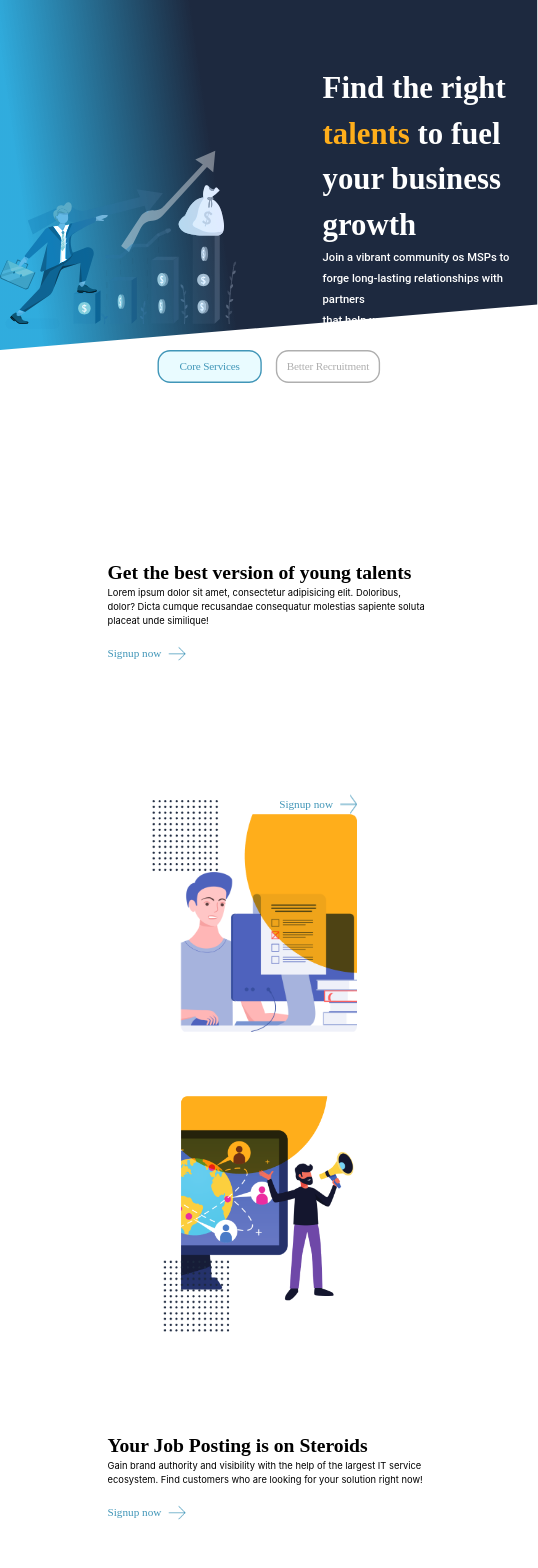
Repository: uh-sman/Vacanxe
Page: /
The author's editor kept a copy of each file at every save. The page is drawn from the files as they stood at one save, then again after the next save.
The browser window is 768 px wide. The pictures show the part of the page from y = 0 to 2240 px (the page is 5247 px tall before and 5547 px after), at 70% of full size.
The project was rebuilt for these pictures with package versions that can differ from the ones it lists, and the page was loaded fresh each time. Also part of the build but not shown: src/components/data.js, src/components/navbar.css, src/components/SideNav.jsx, src/components/Navbar.jsx.

Above is the page before, as saved 2022-12-04 12:06:26.

### src/App.js
import logo from "./logo.svg";
import "./App.css";
import Head from "./components/Head";

function App() {
  return (
    <div className="App">
      <Head />
    </div>
  );
}

export default App;

### src/App.css
* {
  margin: 0;
  padding: 0;
  box-sizing: border-box;
  list-style: none;
  text-decoration: none;
  /* overflow: hidden; */
}
/* @keyframes App-logo-spin {
  from {
    transform: rotate(0deg);
  }
  to {
    transform: rotate(360deg);
  }
} */

### src/components/Head.js
import React from "react";
import { Body } from "./Body";
import { Footer } from "./Footer";
import { Hero } from "./Hero";
import { Navbar } from "./Navbar";
import { Team } from "./Team";

const Head = () => {
  return (
    <div>
      {/* <Navbar /> */}
      <Hero />
      <Body />
      <Team />
      <Footer />
    </div>
  );
};

export default Head;

### src/components/Body.jsx
import React from "react";
import "./version.css";
import { Services } from "./Services";
import { Versions } from "./Versions";
export const Body = () => {
  return (
    <div>
      <Services />
      <div className="flex">
        <Versions />
      </div>
    </div>
  );
};

### src/components/Footer.jsx
import React from "react";
import logo from "../assets/logo 1.png";
import "./footer.css";
export const Footer = () => {
  return (
    <div>
      <div className="footer-section">
        <div className="image-logo">
          <img src={logo} />
        </div>
        <div className="footer-texts">
          <div className="div">
            <p className="text">
              Your ultimate email solution to grow business and engaging with
              future customers and clients.
            </p>
            <button className="button">Ask Question</button>
          </div>
          <div className="div">
            <ul>
              <h4>Community</h4>
              <li>For Talents</li>
              <li>For Companies</li>
              <li>Facebook Group</li>
              <li>FAQ</li>
            </ul>
          </div>
          <div className="div">
            <ul>
              <h4>About us</h4>
              <li>Meet the Team</li>
              <li>Our Story</li>
              <li>Career</li>
            </ul>
          </div>
          <div className="div">
            <ul>
              <h4>Contacts</h4>
              <p>
                Feel free to get in touch with us via phone or send us a message
              </p>
            </ul>
          </div>
        </div>
        <div className="div">
          <ul>
            <li className="copyright">
              &copy;Vacanxe 2022, All Rights Reserved
            </li>
            <li></li>
          </ul>
        </div>
      </div>
    </div>
  );
};

### src/components/Hero.jsx
import React from "react";
import "./hero.css";
import partner from "../assets/Partner.svg";
export const Hero = () => {
  return (
    <div className="hero">
      <div>
        <div className="container">
          <div className="hero-container">
            <div className="hero-content">
              <h1 className="header">
                Find the right <span>talents</span> to fuel your business growth
              </h1>
              <small className="text">
                Join a vibrant community os MSPs to forge long-lasting
                relationships with partners
                <br /> that help you create excellent customers experiences
              </small>
            </div>
            <div>
              <img src={partner} className="partner-img" />
            </div>
          </div>
        </div>
      </div>
    </div>
  );
};

### src/components/Team.jsx
import React from "react";
import { ContactInfo } from "./ContactInfo";
import { Form } from "./Form";
import "./team.css";
export const Team = () => {
  return (
    <div>
      <div className="team-container">
        <div className="team">
          <div className="build">
            <div className="team-header">
              <h1>
                <span className="custom"> Build</span> Your Dream Team !
              </h1>
              <small className="small">
                Start your team development with a free consultation. Fill out
                the form and Vacanxe representative will contact you.
              </small>
            </div>
            <div className="flexed">
              {" "}
              <div>
                <Form />
              </div>
              <div>
                <ContactInfo />
              </div>
            </div>
          </div>
        </div>
      </div>
    </div>
  );
};
// ;

### src/components/version.css
.version-link {
  font-family: Poppins;
  font-size: 16px;
  font-weight: 500;
  line-height: 28px;
  letter-spacing: 0em;
  color: #4196b8;
  text-align: center;
}
.versions-container {
  margin-top: 80px;
}
.versions-section1 {
  /* display: grid; */
  /* place-items: center; */
  display: flex;
  gap: 162.58px;
  justify-content: center;
  align-items: center;
  margin-bottom: 80px;
  /* padding: 86px 50px; */

  /* grid-template-columns: 1fr 1fr; */
}
.versions-section2 {
  /* display: grid; */
  /* place-items: center; */
  display: flex;
  gap: 162.58px;
  justify-content: center;
  align-items: center;
  margin: auto;
  /* padding: 86px 50px; */

  /* grid-template-columns: 1fr 1fr; */
}
.versions-section1 {
  /* display: grid; */
  /* place-items: center; */
  display: flex;
  gap: 162.58px;
  justify-content: center;
  align-items: center;
  margin: auto;
  padding-top: 86px;
  padding-left: 110px;

  /* grid-template-columns: 1fr 1fr; */
}
.text-section {
  width: 20%;
}
.h2 {
  font-family: Poppins;
  font-size: 28px;
  font-weight: 700;
  line-height: 37px;
  letter-spacing: 0em;
  /* text-align: left; */
  /* width: 379px;
  height: 74px; */

  /* font-family: "Poppins";
  font-style: normal;
  font-weight: 700;
  font-size: 28px;
  line-height: 37px; */
}
.man {
  height: 313.4984436035156px;
  width: 251.41943359375px;
  /* left: 872.580078125px;
top: 830.1708984375px;
border-radius: [object Object]px; */
}
.flex {
  display: flex;
  gap: 36px;
}
/* .versions-container {
  display: flex;
  flex-direction: column;
  justify-content: center;
  align-items: center;
  margin: auto;
} */
.dotted {
  position: absolute;
  margin-top: -20px;
  margin-left: -40px;
}
.dotted-2 {
  position: absolute;
  margin-top: 235px;
  margin-left: -24px;
}
.arrow {
  margin-top: 24px;
  display: flex;
  align-items: center;
  gap: 10px;
}
.arrow1 {
  margin-top: 24px;
  display: flex;

  /* align-items: flex-end; */
  justify-content: flex-end;
  gap: 10px;
}
@media only screen and (max-width: 950px) {
  .versions-section1 {
    flex-direction: column;
    padding-left: 0px;
  }
  .text-section {
    width: 60%;
  }
}

### src/components/Services.jsx
import React from "react";
import "./services.css";
export const Services = () => {
  return (
    <div>
      <div>
        <ul className="services-button-section">
          <a className="btn-core">Core Services</a>
          <a className="btn-better">Better Recruitment</a>
        </ul>
      </div>
    </div>
  );
};

### src/components/Versions.jsx
import React from "react";
import "./version.css";
import man from "../assets/computer.png";
import img from "../assets/Group 1.png";
import img2 from "../assets/Group_4.png";
import arrow from "../assets/Group.png";
import dotted from "../assets/Dot Pattern 1.png";
export const Versions = () => {
  return (
    <div>
      <div className="versions-container">
        <div className="versions-section1">
          <div className="text-section">
            <h2 className="h2">Get the best version of young talents</h2>
            <small>
              Lorem ipsum dolor sit amet, consectetur adipisicing elit.
              Doloribus, dolor? Dicta cumque recusandae consequatur molestias
              sapiente soluta placeat unde similique!
            </small>
            <div className="arrow">
              <a className="version-link">Signup now </a>
              <img src={arrow} />
            </div>
          </div>
          <div>
            <div className="arrow1">
              <a className="version-link">Signup now </a>
              <img src={arrow} />
            </div>
            <img src={dotted} className="dotted" />
            <img src={man} className="man" />
          </div>
        </div>
        <div className="versions-section1">
          <div>
            <img src={dotted} className="dotted-2" />
            <img src={img} className="man" />
          </div>
          <div className="text-section">
            <h2 className="h2">Your Job Posting is on Steroids</h2>
            <small>
              Gain brand authority and visibility with the help of the largest
              IT service ecosystem. Find customers who are looking for your
              solution right now!
            </small>
            <div className="arrow">
              <a className="version-link">Signup now </a>
              <img src={arrow} />
            </div>
          </div>
        </div>
        <div className="versions-section1">
          <div className="text-section">
            <h2 className="h2">
              It's like having Your Recruitment on autopilot
            </h2>
            <small>
              Share collaterals abd documents that are automatically branded.
              Leverage a rich partner network that sells your solution exactly
              the your best salesman would.
            </small>
            <div className="arrow">
              <a className="version-link">Signup now </a>
              <img src={arrow} />
            </div>
          </div>
          <div>
            <img src={dotted} className="dotted" />
            <img src={img2} className="man" />
          </div>
        </div>
      </div>
    </div>
  );
};

### src/components/footer.css
.footer-section {
  background: #1d293f;
  /* height: 533px; */
  /* width: 1600px; */
  /* left: 127px; */
  /* top: 0px;
  border-radius: 0px; */
}

.image-logo {
  position: absolute;
  /* top: 0; */
  margin-top: -120px;
  /* left: -2px; */
  /* display: flex;
  align-items: center;
  justify-content: center; */
  background-color: white;
  padding-top: 140px;
  padding-left: 30px;
  /* width: 25%; */
  /* height: 40%; */
  /* padding: 10px; */
  height: 255px;
  width: 255px;
  left: -30px;
  /* top: -105px; */
  border-radius: 0px;

  border-radius: 50%;
}
.button {
  border: none;
  margin-top: 28px;
  color: white;
  background: #00b6ff;
  padding: 10px 30px;
  border-radius: 10px;
}
.ultimate-email {
  color: white;
  position: absolute;
  margin-top: 180px;
  padding-left: 245px;
  /* height: 84px;
  left: 21.54%;
  right: 63.06%;
  top: calc(50% - 84px / 2 - 108.5px); */
}
.footer-texts {
  color: #ffff;
  display: grid;
  padding-top: 80px;
  padding-left: 50px;
  /* margin-left: 120px; */
  margin: 0px 80px;
  place-items: center;
  /* margin-right: 40px; */
  margin-top: 180px;
  grid-template-columns: 1fr 1fr 1fr 1fr;
  padding-bottom: 124px;
  border-bottom: 1px solid #8c97ac;
}
.footer-texts h4 {
  color: #8c97ac;
  margin-bottom: 16px;
}
/* .ultimate-email p {
  width: 40%;
} */
.text {
  margin-top: 100px;
  color: #8c97ac;
}
.copyright {
  color: #8c97ac;
  padding: 10px 90px;
}
@media only screen and (min-width: 650px) and (max-width: 1200px) {
  .footer-texts {
    padding-top: 150px;
    grid-template-columns: 1fr 1fr;
    text-align: center;
  }
  .text {
    margin-top: 0px;
  }
  .div {
    margin-bottom: 40px;
  }
}
@media only screen and (max-width: 650px) {
  .footer-texts {
    padding-left: 0px;
    padding-top: 180px;
    grid-template-columns: 1fr;
    text-align: center;
  }
  .text {
    margin-top: 0px;
  }
  .div {
    margin-bottom: 40px;
  }
}

### src/components/hero.css
.hero-container {
  /* position: relative; */
  display: flex;
  justify-content: center;
  /* align-items: center; */
  /* gap: 10px; */
  background: linear-gradient(
    261.8deg,
    #1d293f 59.05%,
    rgba(0, 153, 214, 0.81) 92.75%
  );
  clip-path: polygon(0 0, 100% 0, 100% 87%, 0% 100%);
  height: 466px;

  /* height: 400px; */
  /* width: 1511.9998779296875px; */
  /* left: 0px;
  top: 133px; */
  border-radius: 0px;
}
/* .hero {
  position: relative;
} */
.header {
  color: white;
  font-family: Poppins;
  font-size: 44px;
  font-weight: 700;
  /* width: 40%; */
  /* position: absolute; */
  /* margin-left: 30%; */
  line-height: 65px;
  letter-spacing: 0em;
  /* text-align: center; */
}
.header span {
  color: #ffae1b;
  /* height: 130px; */
  /* width: 620px; */
  /* left: 84.5px;
  top: 0px;
  border-radius: nullpx; */
}
.hero-content {
  color: white;
  padding-top: 95px;
  width: 40%;
}
.text {
  color: white;
  /* padding-top: -40px; */
  /* position: absolute; */
  /* width: 36%; */
  padding-top: 30px;
  /* margin-left: 30%; */
  font-family: Roboto;
  font-size: 16px;
  font-weight: 500;
  line-height: 30px;
  /* text-align: center; */
  letter-spacing: 0em;
}
/* .container {
  display: flex;
} */
.partner-img {
  margin-top: 40%;
  /* height: 259.00042724609375px;
  width: 337.5585021972656px;
  left: 1069px;
  top: 238.9998779296875px;
  border-radius: 0px; */
  /* position: absolute; */
  /* left: 70.7%; */
  /* right: 6.97%; */
  /* top: 6.33%; */
  /* bottom: 86.8%; */

  mix-blend-mode: luminosity;
}
@media only screen and (max-width: 950px) {
  .hero-container {
    height: 500px;
    flex-direction: column;
    flex-wrap: wrap-reverse;
  }
  /* .hero-content {
    width: 100vw;
  } */
}

### src/components/ContactInfo.jsx
import React from "react";
import "./contact.css";
import location from "../assets/Location.png";
import message from "../assets/Message.png";
import twitter from "../assets/twitter.png";
import facebook from "../assets/facebook.png";
import instagram from "../assets/instagram.png";
import linkedin from "../assets/linkedin.png";
import stroke from "../assets/Stroke 5.png";
export const ContactInfo = () => {
  return (
    <div>
      <div className="contact-container">
        <h1 className="header-text">Contact info:</h1>
        <div className="contact-section">
          <div>
            <p className="contact">
              <img src={location} /> 4157 Washington Ave. Manchester, Kentucky
              39495
            </p>
          </div>
          <div>
            <ul className="contact-list">
              <div>
                <img src={stroke} />
              </div>
              <div>
                <li>(505) 555-0119</li>
                <li>(505) 555-0120</li>
                <li>(505) 555-0125</li>
              </div>
            </ul>
          </div>
          <div>
            <p className="contact">
              <img src={message} /> Consult@Vacanxe.com
            </p>
          </div>
          <div>
            <h2>Follow us:</h2>
            <div className="socials">
              <img src={facebook} />
              <img src={twitter} />
              <img src={linkedin} />
              <img src={instagram} />
            </div>
          </div>
        </div>
      </div>
    </div>
  );
};

### src/components/Form.jsx
import React from "react";
import { ContactInfo } from "./ContactInfo";
import "./form.css";
export const Form = () => {
  return (
    <div>
      <div className="team-section">
        <div>
          <form className="form-container">
            <div className="form">
              <label>Your name</label>
              <input className="input-field" placeholder="Enter your name" />
            </div>
            <div className="form">
              <label>Your email</label>
              <input className="input-field" placeholder="Enter your email" />
            </div>
            <div className="form">
              <label>Your Phone Number</label>
              <input
                className="input-field"
                placeholder="Enter your phone number"
              />
            </div>
            <div className="form">
              <label>Your Company Name</label>
              <input
                className="input-field"
                placeholder="Enter your Company Name"
              />
            </div>
            <div className="form">
              <label>Message</label>
              <input className="message" placeholder="Type here..." />
            </div>
            <button className="form-button">Consult with us</button>
          </form>
        </div>
      </div>
    </div>
  );
};

### src/components/team.css
.team-container {
  background: #f4fbff;
  /* height: 1101px; */
  /* width: 1539px; */
  /* left: -14px;
top: 2142px; */
  border-radius: 0px;
}
.custom {
  border-bottom: 4px solid #4eb9e3;
}
.build {
  color: #4b4c4e;
}
.flexed {
  margin: 73px 0px;
  display: flex;
  gap: 98px;
}
.team {
  display: flex;
  justify-content: center;
  padding: 64px 0px;
}
/* .small {
  padding-bottom: 73px;
} */
@media only screen and (max-width: 950px) {
  .flexed {
    flex-direction: column;
  }
  .team-header {
    text-align: center;
  }
}

### src/components/services.css
.services-button-section {
  display: flex;
  gap: 20px;
  justify-content: center;

  margin-bottom: 86px;
}
.btn-core {
  font-family: Poppins;
  font-size: 16px;
  font-weight: 500;
  line-height: 24px;
  letter-spacing: -0.015em;
  text-align: center;
  border: 2px solid #4196b8;
  height: 47px;
  width: 149px;
  display: flex;
  align-items: center;
  justify-content: center;
  border-radius: 18px;
  background-color: #e9fbff;
  color: #4196b8;
}
.btn-better {
  font-family: Poppins;
  font-size: 16px;
  font-weight: 500;
  line-height: 24px;
  letter-spacing: -0.015em;
  text-align: center;
  border: 2px solid #afafaf;
  height: 47px;
  width: 149px;
  display: flex;
  align-items: center;
  justify-content: center;
  border-radius: 18px;
  background-color: #ededed 10%;
  color: #afafaf;
}
@media only screen and (max-width: 450px) {
  .services-button-section {
    gap: 20px;
    flex-direction: column;
    align-items: center;
    margin-bottom: 0px;
  }
}

### src/components/contact.css
.header-text {
  /* height: 28px;
  width: 132px;
  left: 931px;
  top: 2435px;
  border-radius: nullpx; */
}
.contact {
  display: flex;
  align-items: center;
  gap: 20px;
}
.contact-section {
  display: flex;
  flex-direction: column;
  gap: 40px;
  margin: 30px 0px;
}
.contact-list {
  display: flex;
  gap: 20px;
}
.socials {
  margin-top: 16px;
  display: flex;
  gap: 10px;
}
@media only screen and (max-width: 750px) {
  .contact-container {
    padding: 0px 30px;
  }
}

### src/components/form.css
.form {
  display: flex;
  flex-direction: column;
}
.form label {
  height: 22px;
  width: 78px;
  left: 263px;
  top: 2409px;
  border-radius: nullpx;
}
.input-field {
  padding: 0px 24px;
  height: 55px;
  width: 574px;
  left: 259px;
  top: 2536px;
  border-radius: 10px;
  border: 1px solid #c8d0da;
  outline: transparent;
}
.message {
  padding: 0px 24px;
  height: 203px;
  width: 574px;
  left: 259px;
  /* top: 2839px; */
  border: 1px solid #c8d0da;
  border-radius: 10px;
  outline: transparent;
}
.form-button {
  font-family: Rubik;
  font-size: 14px;
  font-weight: 700;
  line-height: 16px;
  /* letter-spacing: 0em; */
  /* text-align: left; */

  margin-top: 19px;
  border: none;
  color: white;
  background-color: #4eb9e3;
  height: 40px;
  width: 215px;
  left: 257px;
  top: 3061px;
  border-radius: 8px;
  padding: 12px 24px 12px 24px;
}
.form-container {
  display: flex;
  flex-direction: column;
  align-items: center;
  justify-content: center;
}
/* .team-section {
  display: flex;
  justify-content: center;
  align-items: center;
} */

@media only screen and (min-width: 200px) and (max-width: 600px) {
  .input-field {
    width: 250px;
  }
  .message {
    width: 250px;
  }
}

Loaded but not shown: public/index.html (common file); src/index.js (common file); src/index.css (common file); src/reportWebVitals.js (common file)

After the next save:
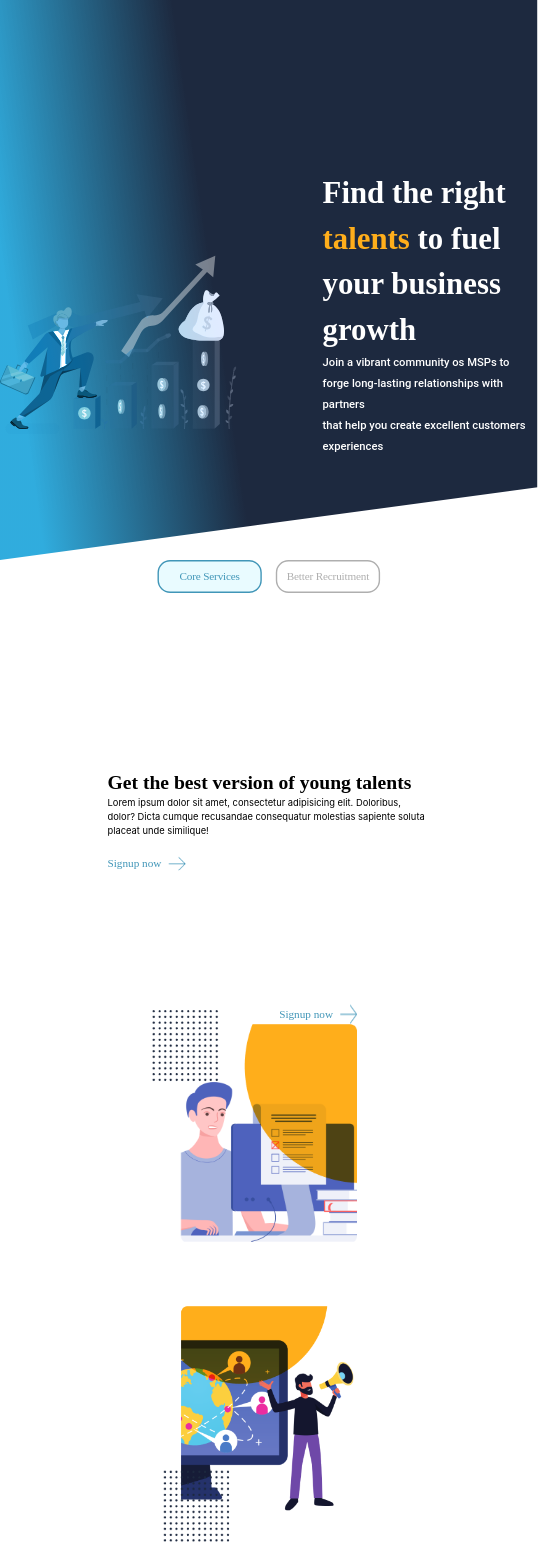
Saved 8 s later.
--- a/src/components/hero.css
+++ b/src/components/hero.css
@@ -80,7 +80,7 @@
 }
 @media only screen and (max-width: 950px) {
   .hero-container {
-    height: 500px;
+    height: 800px;
     flex-direction: column;
     flex-wrap: wrap-reverse;
   }
